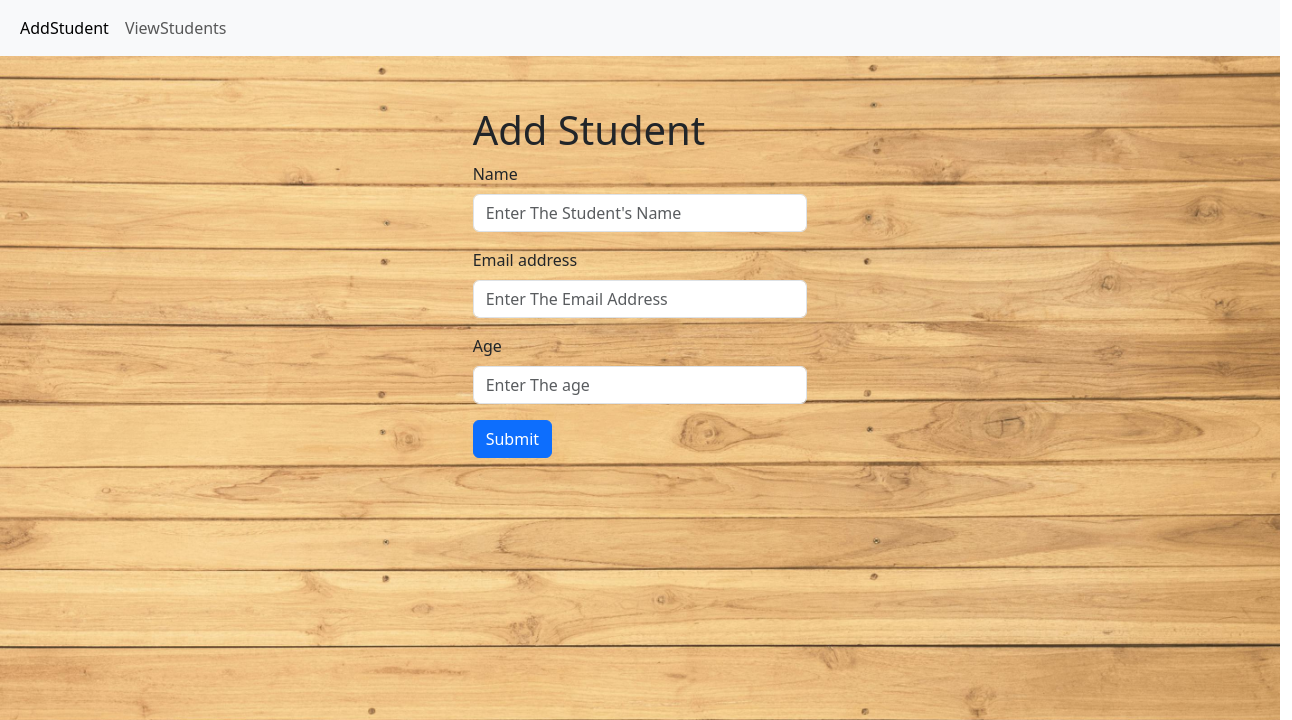
Repository: Manojs14/StudentManagementSystem
Page: http://localhost/Crud_form/
These files come from the project's save history. The page is drawn as it stood at one moment and after the next save; the edit follows.
The browser window is 1280 px wide. The page is 1292 px wide, so the pictures cover 1292 px, including what lies to the right of the window. The pictures show the whole page.
The page is served by Tomcat 9. Nobody is signed in. The application's start-up code is not run. Other server files are loaded and not shown.

Above is the page before, as saved 2024-07-11 08:57:21.

### Crud_form/src/main/webapp/index.jsp
<%@ page language="java" contentType="text/html; charset=UTF-8"
    pageEncoding="UTF-8"%>
<!DOCTYPE html>
<html>
<head>
<meta charset="UTF-8">
<title>The Student Form</title>
<style>
  body {
            background-image: url('image/pexels-fwstudio-33348-129731.jpg');
            background-size: cover;
            background-repeat: no-repeat;
            background-attachment: fixed;
        }
 .navbar{
 background-color:Gray;
 }

</style>
<link href="https://cdn.jsdelivr.net/npm/bootstrap@5.3.2/dist/css/bootstrap.min.css" rel="stylesheet" integrity="sha384-T3c6CoIi6uLrA9TneNEoa7RxnatzjcDSCmG1MXxSR1GAsXEV/Dwwykc2MPK8M2HN" crossorigin="anonymous">
</head>
<body>





<!-- nav bar to navigate from addpage to viewpage -->
	<nav class="navbar navbar-expand-lg bg-body-tertiary">
		<div class="container-fluid">

			<div class="collapse navbar-collapse" id="navbarNav">
				<ul class="navbar-nav">
					<li class="nav-item"><a class="nav-link active"
						aria-current="page" href="index.jsp">AddStudent</a></li>
					<li class="nav-item"><a class="nav-link" href="ReadServlet">ViewStudents</a>
					</li>
				</ul>
			</div>
		</div>
	</nav>




<!-- Form which uses bootstrap rows and colm for form placement -->
 <div class="row">
    <div class="col-4">
    </div>
    <div class="col-4" style="padding:50px">
        <h1 style="">Add Student</h1>


        <!-- form is mapped to createservlet using @WebServlet -->
     <form action="CreateServlet" method="post">
  <div class="mb-3">
    <label for="username" class="form-label">Name </label>
    <input type="text" class="form-control" id="name1" name="name" aria-describedby="text" placeholder="Enter The Student's Name" required>
  </div>
   <div class="mb-3">
    <label for="exampleInputEmail1" class="form-label">Email address</label>
    <input type="email" class="form-control" name="email" required id="email" aria-describedby="emailHelp" placeholder="Enter The Email Address" required>
  </div>
  <div class="mb-3">
    <label for="number" class="form-label">Age</label>
    <input type="number" class="form-control" name="age" required id="age" placeholder="Enter The age" required>
  </div>
  <button type="submit" class="btn btn-primary">Submit</button>
</form>
</div>
</div>







 <script src="https://cdn.jsdelivr.net/npm/@popperjs/core@2.11.8/dist/umd/popper.min.js" integrity="sha384-I7E8VVD/ismYTF4hNIPjVp/Zjvgyol6VFvRkX/vR+Vc4jQkC+hVqc2pM8ODewa9r" crossorigin="anonymous"></script>
<script src="https://cdn.jsdelivr.net/npm/bootstrap@5.3.2/dist/js/bootstrap.min.js" integrity="sha384-BBtl+eGJRgqQAUMxJ7pMwbEyER4l1g+O15P+16Ep7Q9Q+zqX6gSbd85u4mG4QzX+" crossorigin="anonymous"></script>

</body>

After the next save:
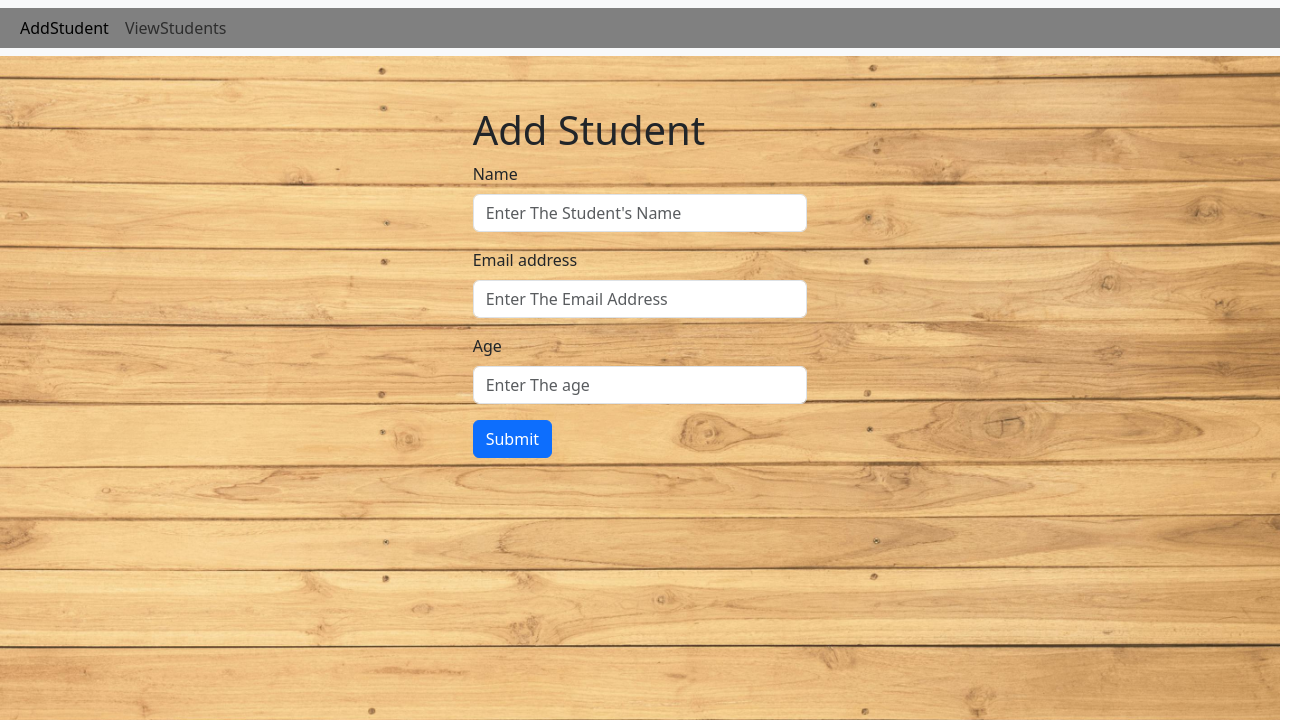
Saved 41 s later.
--- a/Crud_form/src/main/webapp/index.jsp
+++ b/Crud_form/src/main/webapp/index.jsp
@@ -12,7 +12,7 @@
             background-repeat: no-repeat;
             background-attachment: fixed;
         }
- .navbar{
+ .container-fluid{
  background-color:Gray;
  }
 

After the save that followed:
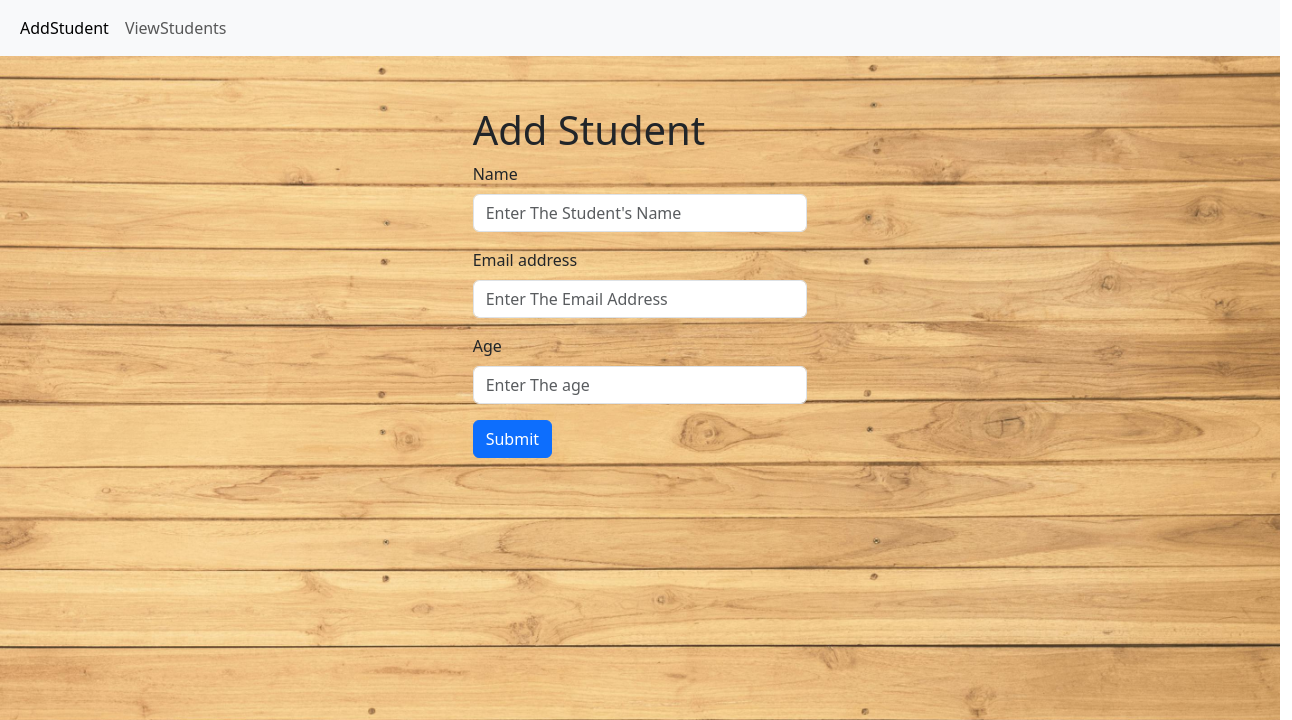
Saved 31 s later.
--- a/Crud_form/src/main/webapp/index.jsp
+++ b/Crud_form/src/main/webapp/index.jsp
@@ -12,7 +12,7 @@
             background-repeat: no-repeat;
             background-attachment: fixed;
         }
- .container-fluid{
+ .navbar{
  background-color:Gray;
  }
 
